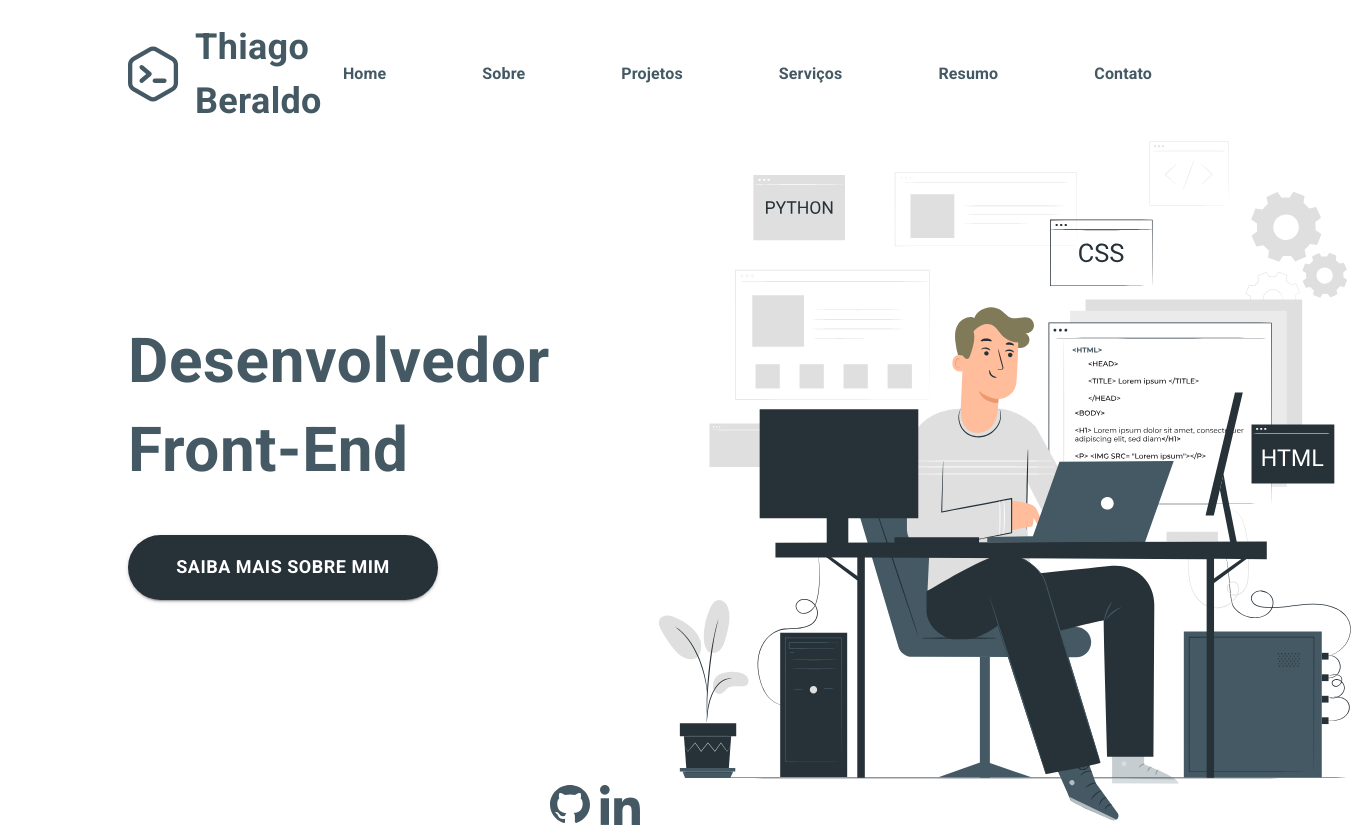
Repository: lenx0/myportfolio
Page: /
These files come from the project's save history. The page is drawn as it stood at one moment and after the next save; the edit follows.
The browser window is 1280 px wide. The page is 1361 px wide, then 1345 px, so the pictures cover 1361 px, including what lies to the right of the window. The pictures show the whole page.
The project was rebuilt for these pictures with package versions that can differ from the ones it lists, and the page was loaded fresh each time. Also part of the build but not shown: vite.config.js.

Above is the page before, as saved 2024-06-07 11:03:33.

### index.html
<!doctype html>
<html lang="en">
  <head>
    <meta charset="UTF-8" />
    <link href="https://fonts.googleapis.com/css2?family=Roboto:wght@400;700&display=swap" rel="stylesheet">
    <meta name="viewport" content="width=device-width, initial-scale=1.0" />
    <title>Portfólio</title>
  </head>
  <body>
    <div id="root"></div>
    <script type="module" src="/src/main.jsx"></script>
  </body>
</html>

### src/main.jsx
import React from "react";
import ReactDOM from "react-dom/client";
import App from "./App.jsx";
import { ThemeProvider } from "@emotion/react";
import theme from "./components/Styles/theme.js";

ReactDOM.createRoot(document.getElementById("root")).render(
  <React.StrictMode>
    <ThemeProvider theme={theme}>
      <App />
    </ThemeProvider>
  </React.StrictMode>
);

### src/App.jsx
import { Box } from "@mui/material";
import Header from "./components/Header";
import "./global.css";
import Home from "./components/Home";

function App() {
  return (
    <Box
      sx={{
        margin: "0 10% 0 10%",
      }}
    >
      <Header />
      <Home />
    </Box>
  );
}

export default App;

### src/components/Styles/theme.js
import { createTheme } from "@mui/material";

const theme = createTheme({
    breakpoints: {
      values: {
        xs: 0,
        sm: 600,
        md: 1300,
        lg: 1400,
        xl: 1536
      },
    },
  });

  export default theme

### src/components/Header/index.jsx
import { Typography, Box } from "@mui/material";
import Logo from "/assets/logos/logo.svg";

export default function Header() {
  const menuItems = [
    "Home",
    "Sobre",
    "Projetos",
    "Serviços",
    "Resumo",
    "Contato",
  ];

  return (
    <>
      <Box
        component="header"
        sx={{
          display: "flex",
          alignItems: "center",
          justifyContent: "space-between",
          mt: "20px",
        }}
      >
        <Box display="flex">
          <Box component="img" src={Logo}></Box>
          <Typography
            sx={{
              fontSize: 36,
              color: "#445964",
              fontWeight: 700,
              ml: 2,
            }}
          >
            Thiago Beraldo
          </Typography>
        </Box>

        <Box
          sx={{
            display: "flex",
            gap: "96px",
            color: "#445964",
          }}
        >
          {menuItems.map((item) => (
            <Typography sx={{ cursor: "pointer", fontWeight: 700 }} key={item}>
              {item}
            </Typography>
          ))}
        </Box>
      </Box>
    </>
  );
}

### src/global.css
body {
    margin: 0;
    padding: 0;
    box-sizing: border-box;
    font-family: 'Roboto', sans-serif;
}

### src/components/Home/index.jsx
import { Box, Button, Grid, Typography } from "@mui/material";
import HomeArt from "/assets/images/Art1.svg";
import Github from "/assets/icons/Github.svg";
import Linkedin from "/assets/icons/Linkedin.svg";

const Home = () => {
  return (
    <Grid
      container
      direction="row"
      alignItems="center"
      spacing={2}
      wrap="nowrap"
    >
      <Grid item>
        <Typography
          variant="body2"
          sx={{
            fontSize: 62,
            fontWeight: 700,
            color: "#445964",
            flexShrink: 1,
            mb: 5,
            maxWidth: "50vw",
          }}
        >
          Desenvolvedor Front-End
        </Typography>
        <Button
          variant="contained"
          sx={{
            fontSize: 18,
            fontWeight: 700,
            backgroundColor: "#263138",
            width: 310,
            height: 65,
            borderRadius: 20,
            mb: 5,
          }}
        >
          Saiba mais sobre mim
        </Button>
      </Grid>
      <Box
        sx={{
          display: "flex",
          justifyContent: "flex-start",
          marginTop: "auto",
          gap: "10px",
        }}
      >
        <Box>
          <img src={Github} />
        </Box>
        <Box>
          <img src={Linkedin} />
        </Box>
      </Box>
      <Grid item>
        <img src={HomeArt} alt="Home Art" />
      </Grid>
    </Grid>
  );
};

export default Home;

After the next save:
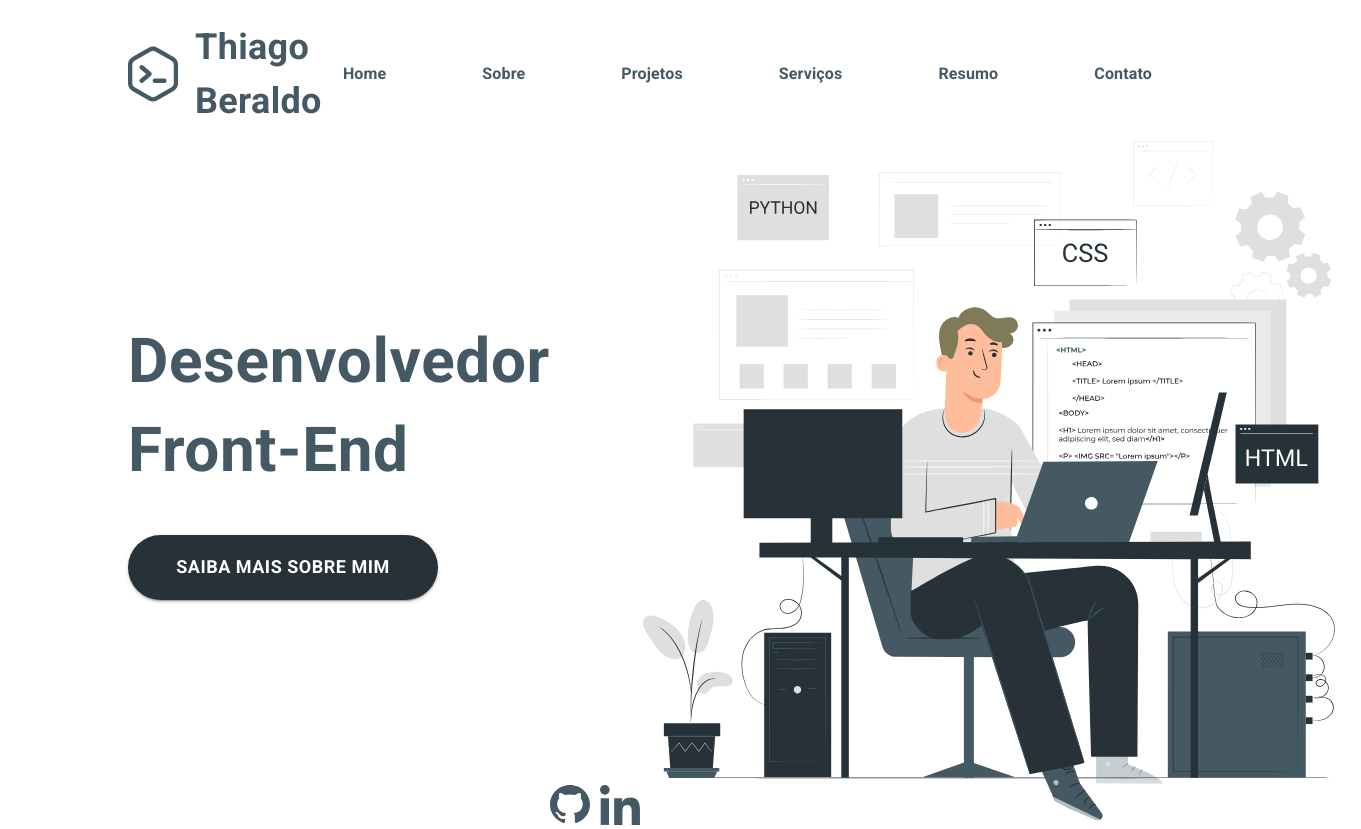
Saved 86 s later.
--- a/src/components/Home/index.jsx
+++ b/src/components/Home/index.jsx
@@ -9,7 +9,7 @@
       container
       direction="row"
       alignItems="center"
-      spacing={2}
+      spacing={{xl: 2, lg: 0}}
       wrap="nowrap"
     >
       <Grid item>
